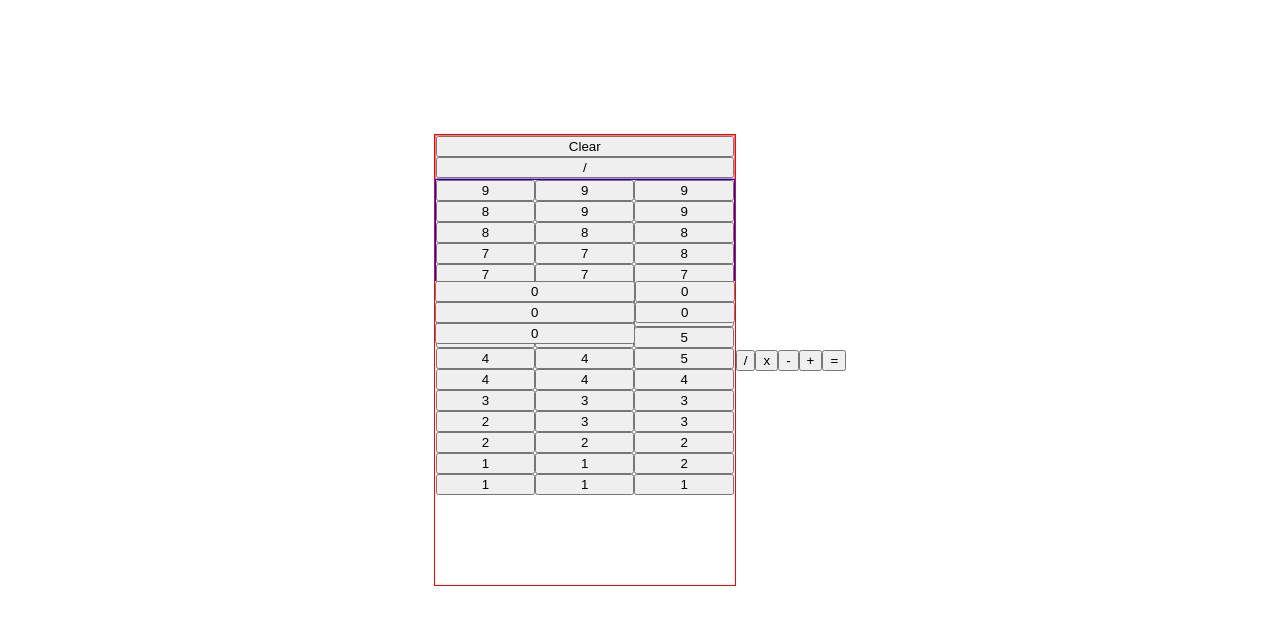
Repository: kocokoy/Calculator
Page: index.html
The author's editor kept a copy of each file at every save. The page is drawn from the files as they stood at one save, then again after the next save.
The browser window is 1280 px wide. The pictures show the whole page.

Above is the page before, as saved 2024-10-22 14:41:43.

After the next save:
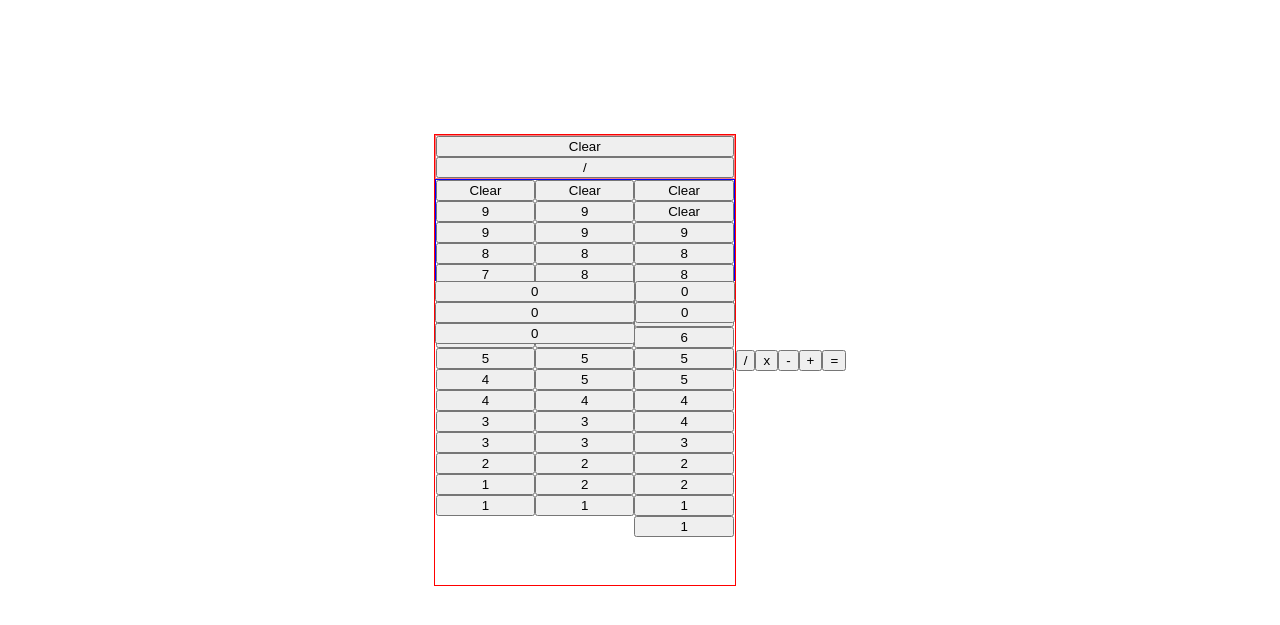
Saved 45 s later.
--- a/script.js
+++ b/script.js
@@ -27,7 +27,7 @@
       operandButton.textContent = operand;
       clearButtonContainer.appendChild(button);
       clearButtonContainer.appendChild(operandButton);
-      break;
+      continue;
     }else if(num === 0){
       button.classList.add('number-button');
       button.textContent = num;

After the save that followed:
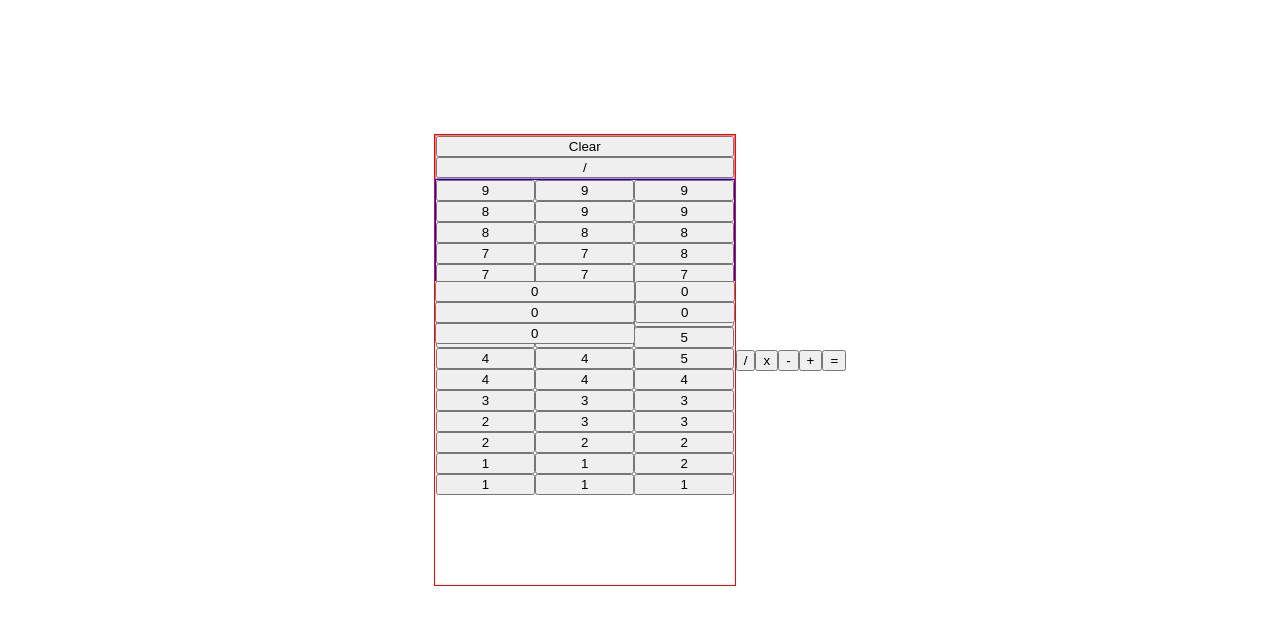
Saved 27 s later.
--- a/script.js
+++ b/script.js
@@ -27,7 +27,7 @@
       operandButton.textContent = operand;
       clearButtonContainer.appendChild(button);
       clearButtonContainer.appendChild(operandButton);
-      continue;
+      break;
     }else if(num === 0){
       button.classList.add('number-button');
       button.textContent = num;
